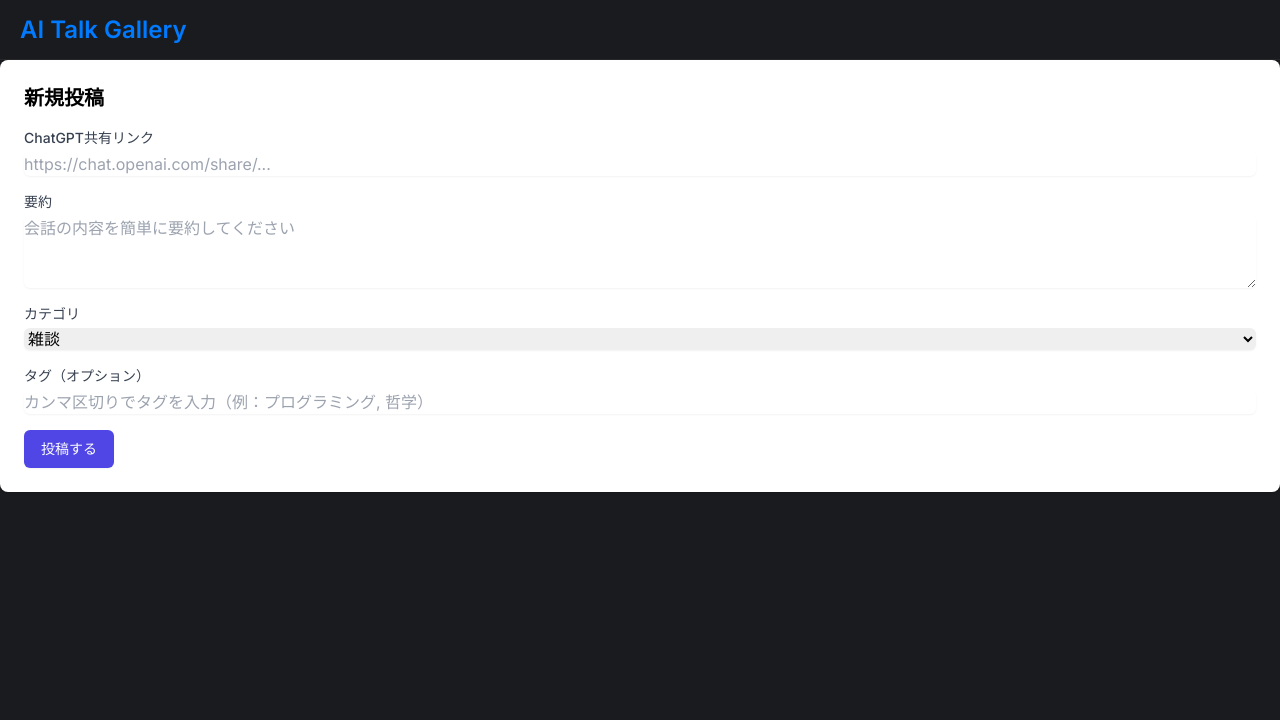
Repository: hayakawa1/ai-talk-gallery
Page: /
The author's editor kept a copy of each file at every save. The page is drawn from the files as they stood at one save, then again after the next save.
The browser window is 1280 px wide. The pictures show the whole page.
An inner scrolling area shows only its first screen. The project was rebuilt for these pictures with package versions that can differ from the ones it lists, and the page was loaded fresh each time. The framework's server and built-in components were replaced by stand-ins that run in the browser. Also part of the build but not shown: next.config.ts.

Above is the page before, as saved 2024-12-16 23:04:07.

### src/app/layout.tsx
import './globals.css'
import type { Metadata } from 'next'
import { Inter } from 'next/font/google'

const inter = Inter({
  subsets: ['latin'],
  display: 'swap',
})

export const metadata: Metadata = {
  title: 'AI Talk Gallery',
  description: 'AI Talk Gallery',
}

export default function RootLayout({
  children,
}: {
  children: React.ReactNode
}) {
  return (
    <html lang="ja" className="dark">
      <body className={inter.className}>
        <div id="root" className="w-full h-full">
          <div className="flex flex-col h-full w-full bg-bolt-elements-background-depth-1">
            <header className="flex select-none items-center bg-bolt-elements-background-depth-1 pl-5 pr-4 border-b h-[60px] border-zinc-800">
              <div className="flex grow-1 basis-60 items-center gap-2 z-10">
                <a href="/" className="text-2xl font-semibold text-accent flex items-center">
                  AI Talk Gallery
                </a>
              </div>
              <div className="flex-1 select-text px-4 text-sm text-center">
              </div>
            </header>
            <main className="flex-1 overflow-auto">
              {children}
            </main>
          </div>
        </div>
      </body>
    </html>
  )
}

### src/app/page.tsx
import { PostForm } from "@/components/post-form"

export default function Home() {
  return (
    <div className="space-y-8">
      <section className="bg-white shadow rounded-lg p-6">
        <h2 className="text-xl font-semibold mb-4">新規投稿</h2>
        <PostForm />
      </section>
    </div>
  )
}

### src/app/globals.css
@tailwind base;
@tailwind components;
@tailwind utilities;

:root {
  --header-height: 60px;
}

html {
  @apply h-full;
}

body {
  @apply h-full;
}

#root {
  @apply h-full w-full;
}

### src/components/post-form.tsx
"use client"

import { useForm } from "react-hook-form"
import { zodResolver } from "@hookform/resolvers/zod"
import { postSchema, type PostInput } from "@/lib/schemas"

const categories = ["雑談", "学問", "プロンプト", "創作", "実用"] as const

export function PostForm() {
  const {
    register,
    handleSubmit,
    formState: { errors, isSubmitting },
  } = useForm<PostInput>({
    resolver: zodResolver(postSchema),
  })

  const onSubmit = async (data: PostInput) => {
    try {
      const response = await fetch("/api/posts", {
        method: "POST",
        headers: { "Content-Type": "application/json" },
        body: JSON.stringify(data),
      })

      if (!response.ok) throw new Error("投稿に失敗しました")

      // フォームをリセットするなどの処理
    } catch (error) {
      console.error(error)
      alert("エラーが発生しました")
    }
  }

  return (
    <form onSubmit={handleSubmit(onSubmit)} className="space-y-4">
      <div>
        <label className="block text-sm font-medium text-gray-700">
          ChatGPT共有リンク
        </label>
        <input
          type="url"
          {...register("url")}
          className="mt-1 block w-full rounded-md border-gray-300 shadow-sm focus:border-indigo-500 focus:ring-indigo-500"
          placeholder="https://chat.openai.com/share/..."
        />
        {errors.url && (
          <p className="mt-1 text-sm text-red-600">{errors.url.message}</p>
        )}
      </div>

      <div>
        <label className="block text-sm font-medium text-gray-700">
          要約
        </label>
        <textarea
          {...register("summary")}
          className="mt-1 block w-full rounded-md border-gray-300 shadow-sm focus:border-indigo-500 focus:ring-indigo-500"
          rows={3}
          placeholder="会話の内容を簡単に要約してください"
        />
        {errors.summary && (
          <p className="mt-1 text-sm text-red-600">{errors.summary.message}</p>
        )}
      </div>

      <div>
        <label className="block text-sm font-medium text-gray-700">
          カテゴリ
        </label>
        <select
          {...register("category")}
          className="mt-1 block w-full rounded-md border-gray-300 shadow-sm focus:border-indigo-500 focus:ring-indigo-500"
        >
          {categories.map((category) => (
            <option key={category} value={category}>
              {category}
            </option>
          ))}
        </select>
        {errors.category && (
          <p className="mt-1 text-sm text-red-600">{errors.category.message}</p>
        )}
      </div>

      <div>
        <label className="block text-sm font-medium text-gray-700">
          タグ（オプション）
        </label>
        <input
          type="text"
          {...register("tags")}
          className="mt-1 block w-full rounded-md border-gray-300 shadow-sm focus:border-indigo-500 focus:ring-indigo-500"
          placeholder="カンマ区切りでタグを入力（例：プログラミング, 哲学）"
        />
      </div>

      <button
        type="submit"
        disabled={isSubmitting}
        className="inline-flex justify-center rounded-md border border-transparent bg-indigo-600 py-2 px-4 text-sm font-medium text-white shadow-sm hover:bg-indigo-700 focus:outline-none focus:ring-2 focus:ring-indigo-500 focus:ring-offset-2 disabled:opacity-50"
      >
        {isSubmitting ? "投稿中..." : "投稿する"}
      </button>
    </form>
  )
}

### src/lib/schemas.ts
import { z } from "zod"

export const postSchema = z.object({
  url: z.string()
    .url("有効なURLを入力してください")
    .startsWith("https://chat.openai.com/share/", "ChatGPTの共有リンクを入力してください"),
  summary: z.string()
    .min(1, "要約を入力してください")
    .max(200, "要約は200文字以内で入力してください"),
  category: z.enum(["雑談", "学問", "プロンプト", "創作", "実用"]),
  tags: z.string().optional(),
})

export type PostInput = z.infer<typeof postSchema>

### tailwind.config.js
/** @type {import('tailwindcss').Config} */
module.exports = {
  darkMode: 'class',
  content: [
    './src/pages/**/*.{js,ts,jsx,tsx,mdx}',
    './src/components/**/*.{js,ts,jsx,tsx,mdx}',
    './src/app/**/*.{js,ts,jsx,tsx,mdx}',
  ],
  theme: {
    extend: {
      colors: {
        'bolt-elements-background-depth-1': '#1A1B1E',
        'bolt-elements-textPrimary': '#FFFFFF',
        accent: '#007AFF',
      },
      borderColor: {
        'zinc-800': '#27272A',
      },
    },
  },
  plugins: [],
}

After the next save:
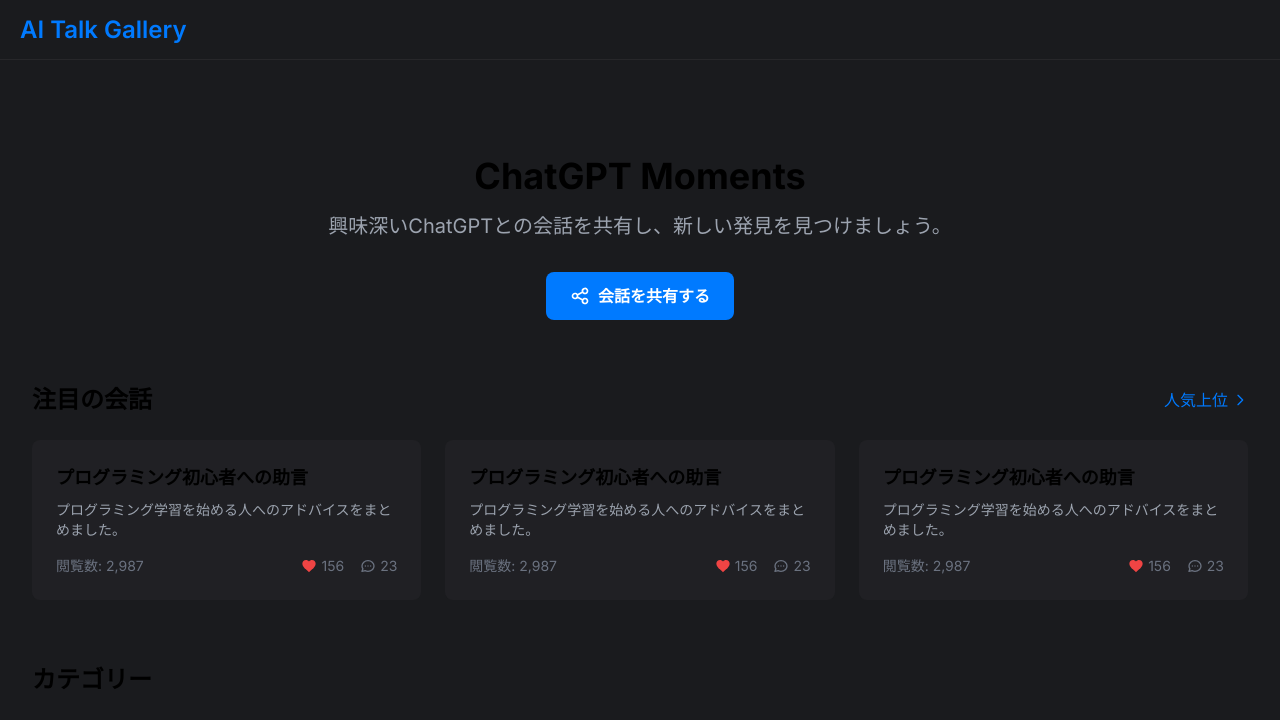
Saved 68 s later.
--- a/src/app/page.tsx
+++ b/src/app/page.tsx
@@ -2,10 +2,85 @@
 
 export default function Home() {
   return (
-    <div className="space-y-8">
-      <section className="bg-white shadow rounded-lg p-6">
-        <h2 className="text-xl font-semibold mb-4">新規投稿</h2>
-        <PostForm />
+    <div className="max-w-7xl mx-auto px-4 sm:px-6 lg:px-8 py-8">
+      {/* ヒーローセクション */}
+      <div className="text-center py-16">
+        <h1 className="text-4xl font-bold mb-4">ChatGPT Moments</h1>
+        <p className="text-xl text-gray-400 mb-8">
+          興味深いChatGPTとの会話を共有し、新しい発見を見つけましょう。
+        </p>
+        <button className="bg-accent hover:bg-accent/90 text-white font-bold py-3 px-6 rounded-lg flex items-center gap-2 mx-auto">
+          <svg className="w-5 h-5" fill="none" stroke="currentColor" viewBox="0 0 24 24">
+            <path strokeLinecap="round" strokeLinejoin="round" strokeWidth={2} d="M8.684 13.342C8.886 12.938 9 12.482 9 12c0-.482-.114-.938-.316-1.342m0 2.684a3 3 0 110-2.684m0 2.684l6.632 3.316m-6.632-6l6.632-3.316m0 0a3 3 0 105.367-2.684 3 3 0 00-5.367 2.684zm0 9.316a3 3 0 105.368 2.684 3 3 0 00-5.368-2.684z" />
+          </svg>
+          会話を共有する
+        </button>
+      </div>
+
+      {/* 注目の会話セクション */}
+      <section className="mb-16">
+        <div className="flex justify-between items-center mb-6">
+          <h2 className="text-2xl font-bold">注目の会話</h2>
+          <a href="#" className="text-accent hover:underline flex items-center gap-1">
+            人気上位
+            <svg className="w-4 h-4" fill="none" stroke="currentColor" viewBox="0 0 24 24">
+              <path strokeLinecap="round" strokeLinejoin="round" strokeWidth={2} d="M9 5l7 7-7 7" />
+            </svg>
+          </a>
+        </div>
+
+        <div className="grid grid-cols-1 md:grid-cols-2 lg:grid-cols-3 gap-6">
+          {/* 会話カード */}
+          {[1, 2, 3].map((i) => (
+            <div key={i} className="bg-zinc-800/50 rounded-lg p-6 hover:bg-zinc-800/70 transition">
+              <h3 className="text-lg font-semibold mb-2">プログラミング初心者への助言</h3>
+              <p className="text-gray-400 mb-4 text-sm">
+                プログラミング学習を始める人へのアドバイスをまとめました。
+              </p>
+              <div className="flex justify-between text-sm text-gray-500">
+                <span>閲覧数: 2,987</span>
+                <div className="flex items-center gap-4">
+                  <span className="flex items-center gap-1">
+                    <svg className="w-4 h-4 text-red-500" fill="currentColor" viewBox="0 0 24 24">
+                      <path d="M12 21.35l-1.45-1.32C5.4 15.36 2 12.28 2 8.5 2 5.42 4.42 3 7.5 3c1.74 0 3.41.81 4.5 2.09C13.09 3.81 14.76 3 16.5 3 19.58 3 22 5.42 22 8.5c0 3.78-3.4 6.86-8.55 11.54L12 21.35z"/>
+                    </svg>
+                    156
+                  </span>
+                  <span className="flex items-center gap-1">
+                    <svg className="w-4 h-4" fill="none" stroke="currentColor" viewBox="0 0 24 24">
+                      <path strokeLinecap="round" strokeLinejoin="round" strokeWidth={2} d="M8 12h.01M12 12h.01M16 12h.01M21 12c0 4.418-4.03 8-9 8a9.863 9.863 0 01-4.255-.949L3 20l1.395-3.72C3.512 15.042 3 13.574 3 12c0-4.418 4.03-8 9-8s9 3.582 9 8z" />
+                    </svg>
+                    23
+                  </span>
+                </div>
+              </div>
+            </div>
+          ))}
+        </div>
+      </section>
+
+      {/* カテゴリーセクション */}
+      <section>
+        <h2 className="text-2xl font-bold mb-6">カテゴリー</h2>
+        <div className="grid grid-cols-2 md:grid-cols-3 lg:grid-cols-6 gap-4">
+          {[
+            { name: 'おもしろい', icon: '✨' },
+            { name: '哲学的', icon: '💡' },
+            { name: '感動的', icon: '💭' },
+            { name: '技術的', icon: '⚡' },
+            { name: '学び', icon: '📚' },
+            { name: 'その他', icon: '🔗' },
+          ].map((category) => (
+            <a
+              key={category.name}
+              href="#"
+              className="flex flex-col items-center justify-center p-6 bg-zinc-800/50 rounded-lg hover:bg-zinc-800/70 transition text-center"
+            >
+              <span className="text-2xl mb-2">{category.icon}</span>
+              <span className="text-sm">{category.name}</span>
+            </a>
+          ))}
+        </div>
       </section>
     </div>
   )
